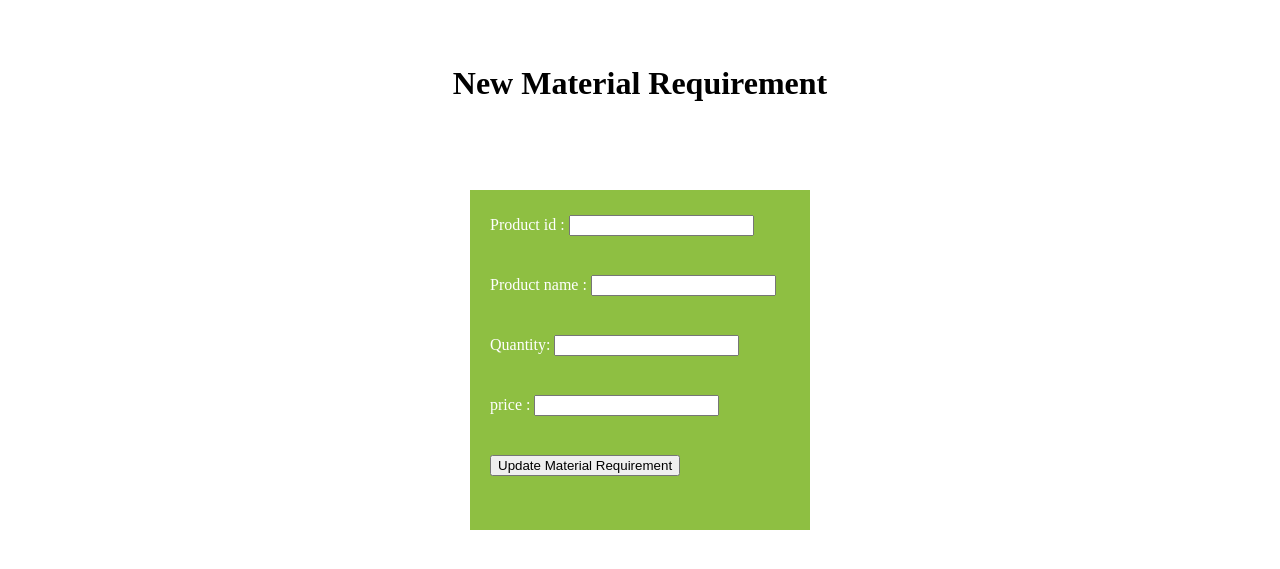
Repository: Nilesh-Parit/J2EE
Page: http://localhost/SpringMvcCrud/WEB-INF/views/editProduct.jsp
The author's editor kept a copy of each file at every save. The page is drawn from the files as they stood at one save, then again after the next save.
The browser window is 1280 px wide. The pictures show the whole page.
The page is served by Tomcat 9. Nobody is signed in. The template is opened directly, without the code that normally fills it, so the values that code supplies are empty.

Above is the page before, as saved 2024-01-12 04:08:30.

After the next save:
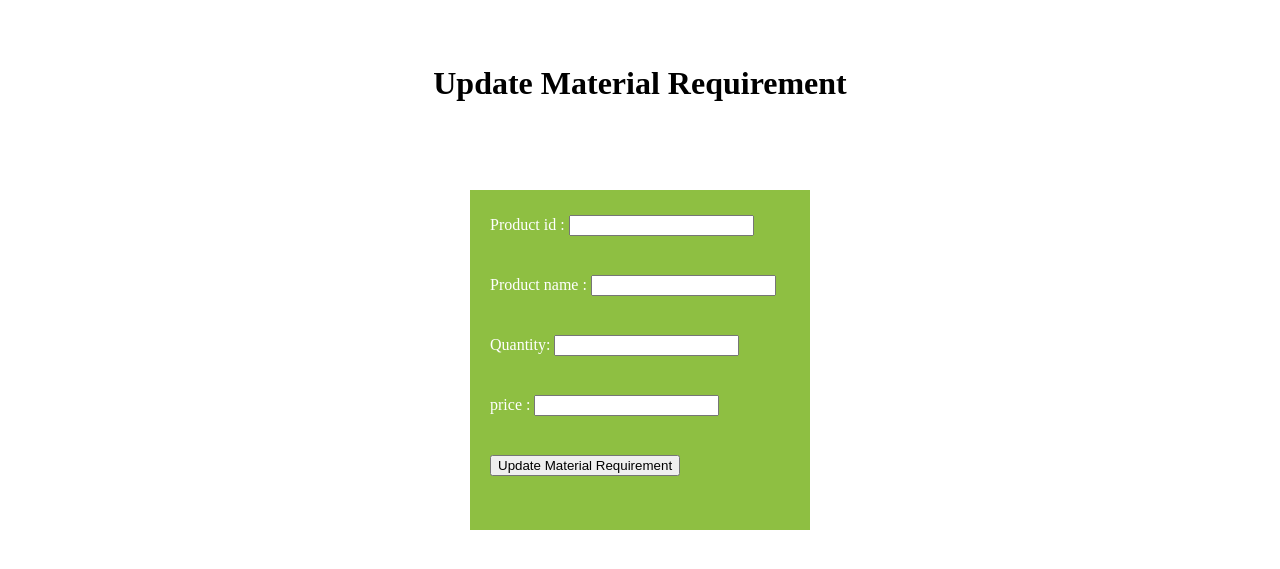
Saved 8 s later.
--- a/Spring/SpringMvcCrud/src/main/webapp/WEB-INF/views/editProduct.jsp
+++ b/Spring/SpringMvcCrud/src/main/webapp/WEB-INF/views/editProduct.jsp
@@ -23,7 +23,7 @@ div {
 <body>
 <br>
 	<br>
-	<h1 align="center">New Material Requirement</h1>
+	<h1 align="center">Update Material Requirement</h1>
 	<br>
 	<br>
 <div>
